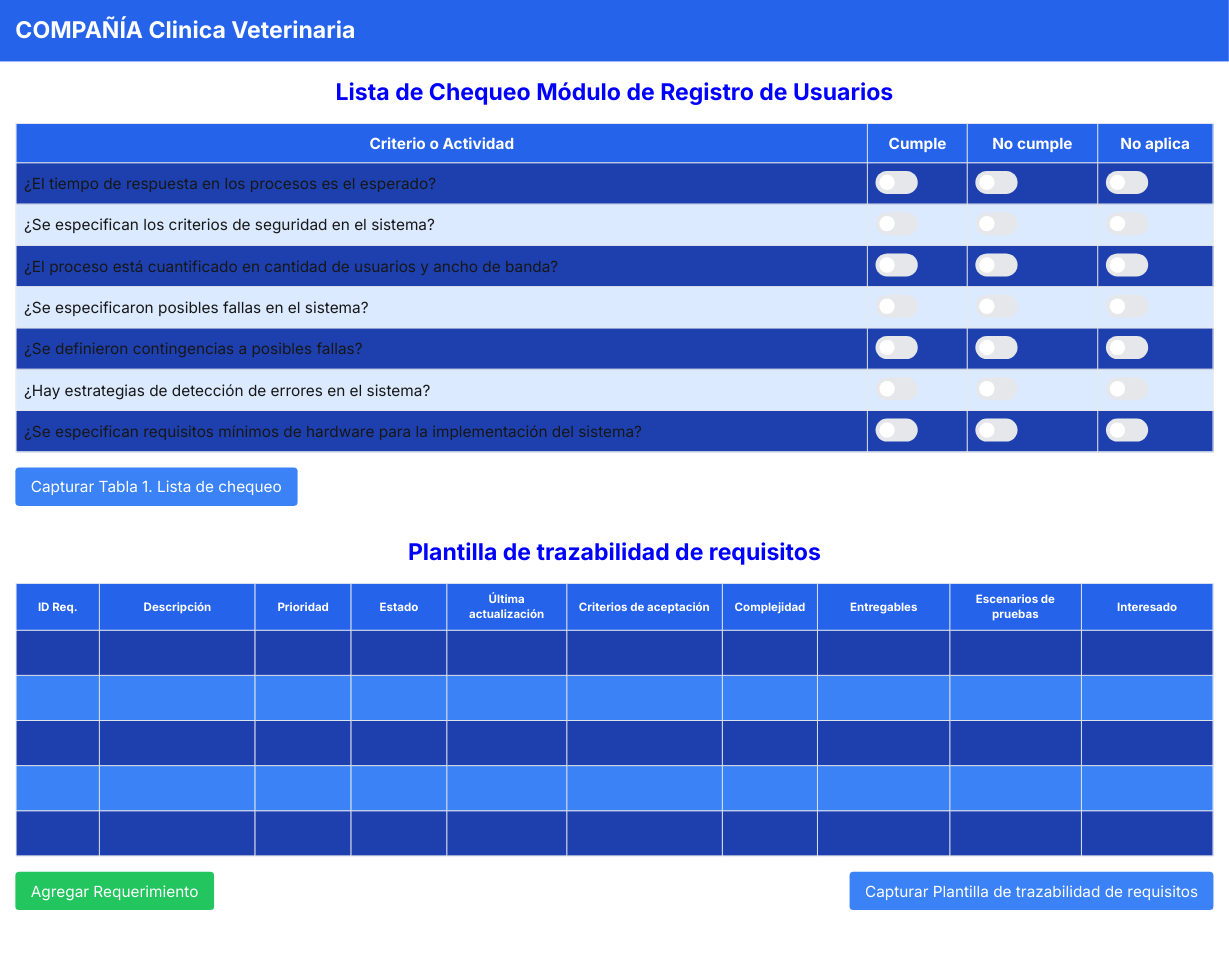
Repository: CiroAlfa/lista-de-Chequeo
Page: /
The author's editor kept a copy of each file at every save. The page is drawn from the files as they stood at one save, then again after the next save.
The browser window is 1280 px wide. The pictures show the whole page, at 96% of full size.
The project was rebuilt for these pictures with package versions that can differ from the ones it lists, and the page was loaded fresh each time. The framework's server and built-in components were replaced by stand-ins that run in the browser. Also part of the build but not shown: next.config.mjs.

Above is the page before, as saved 2024-09-27 14:20:18.

After the next save:
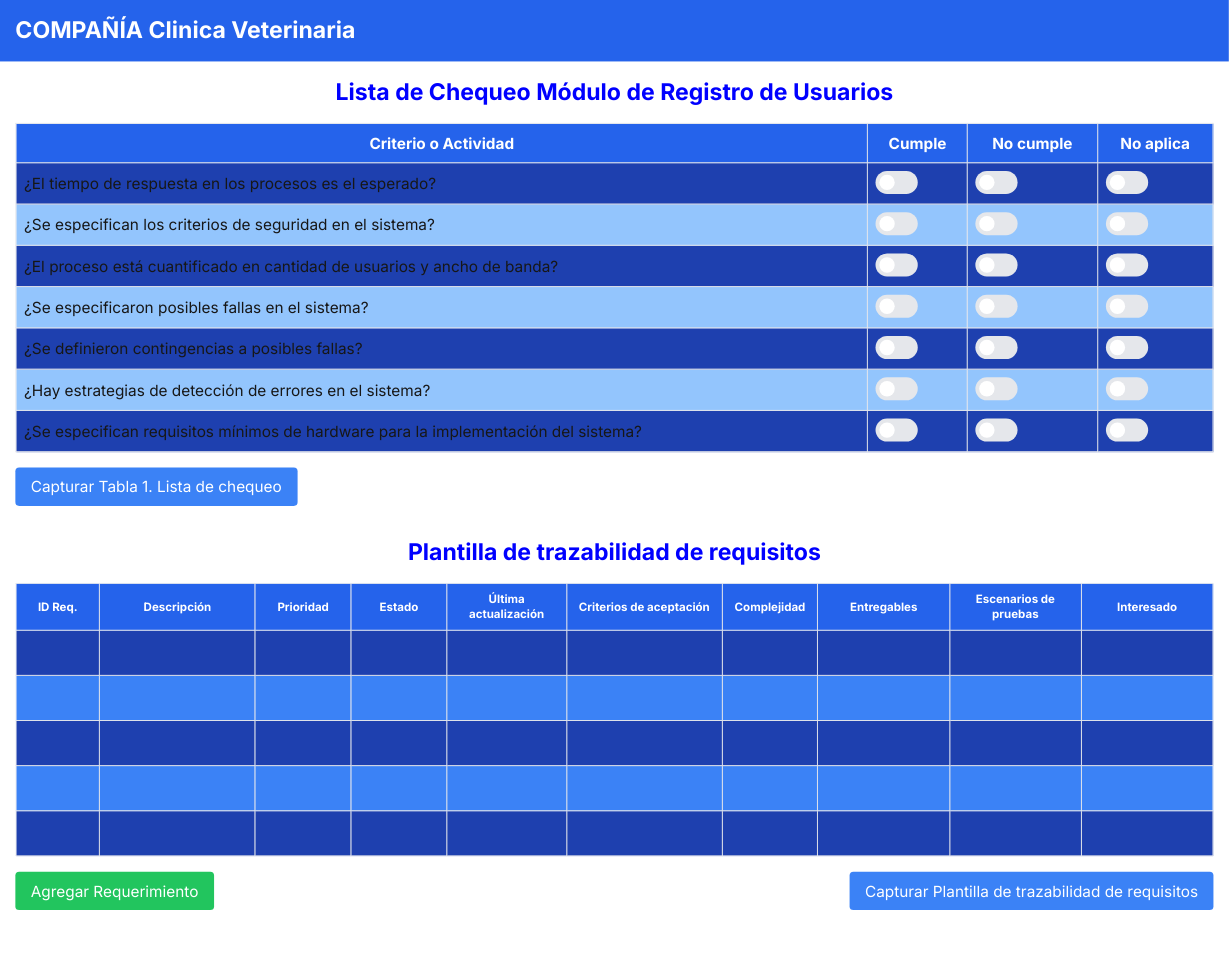
Saved 15 s later.
--- a/src/app/page.tsx
+++ b/src/app/page.tsx
@@ -120,7 +120,7 @@ export default function Home() {
           </thead>
           <tbody>
             {checklist.map((item, index) => (
-              <tr key={item.id} className={index % 2 === 0 ? 'bg-blue-800' : 'bg-blue-100'}>
+              <tr key={item.id} className={index % 2 === 0 ? 'bg-blue-800' : 'bg-blue-300'}>
                 <td className="border p-2">{item.criteria}</td>
                 <td className="border p-2">
                   <Switch
